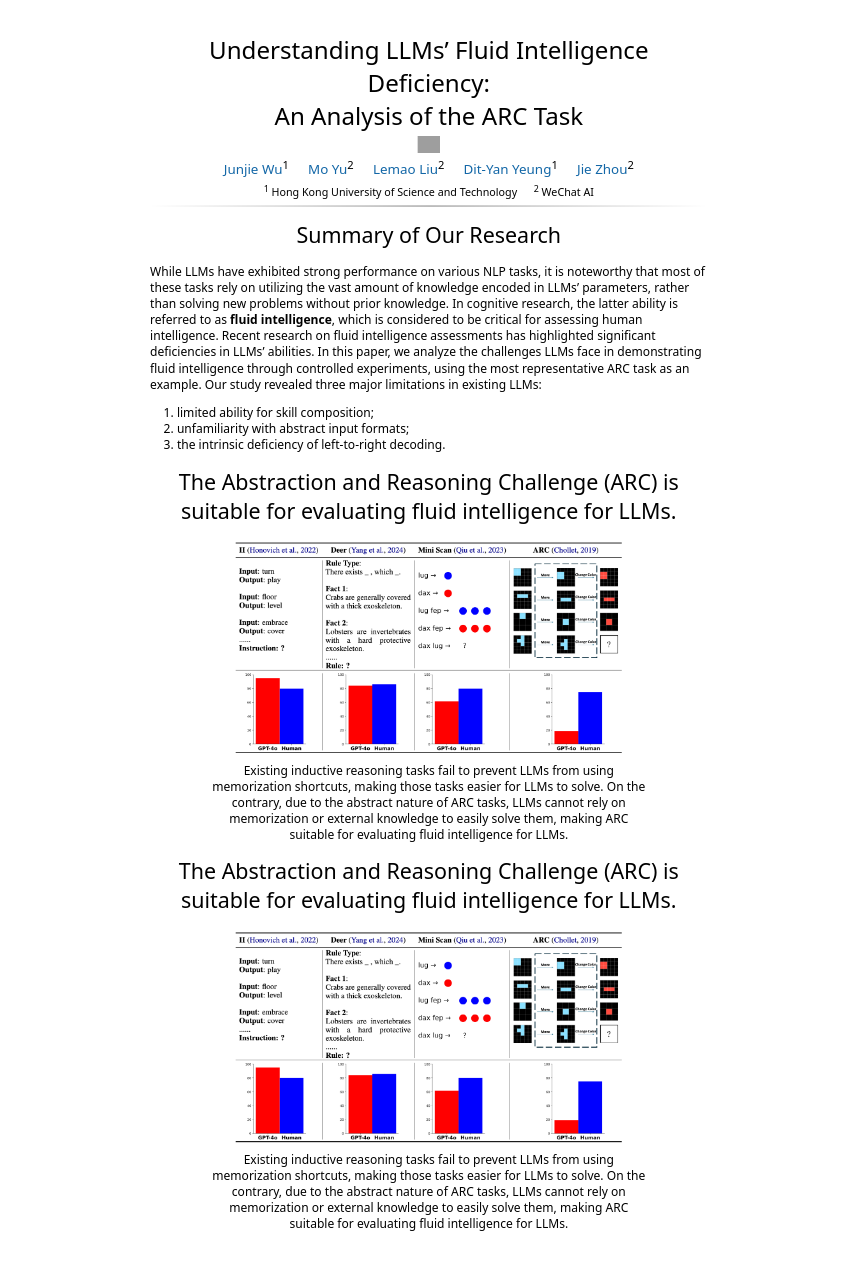
Repository: wujunjie1998/araoc-benchmark.github.io
Page: index.html
An editor plug-in stored every save of this project. The page is shown before and after the next save, followed by the edit.
The browser window is 1280 px wide. The pictures show the whole page, at 67% of full size.
Pictures or frames that could not be fetched are drawn as grey boxes.

Above is the page before, as saved 2025-02-07 22:15:10.

### index.html
<html>
  <head>
    <title>
      Understanding LLMs’ Fluid Intelligence Deficiency: An Analysis of the ARC Task
    </title>
    <link
      rel="icon"
      href="data:[embedded picture, 137 characters]"
    />
    <meta charset="UTF-8" />
    <meta name="viewport" content="width=device-width, initial-scale=1" />
    <link rel="stylesheet" href="./css/index.css" />
  </head>

  <body>
    <div class="header">
      <div class="paper-title">
        Understanding LLMs’ Fluid Intelligence Deficiency:
        <br />
        An Analysis of the ARC Task
      </div>
      <div>
        <!-- * Paper -->
        <span class="link-block">
          <a target="_blank" href="./paper.pdf"
            ><img
              class="badge"
              src="https://img.shields.io/badge/Paper-PDF-red?&labelColor=lightgray&logo=arxiv&logoColor=brown" /><img
          /></a>
        </span>
        <!-- * Dataset -->
        <!--
        <span class="link-block">
          <a
            target="_blank"
            href="https://huggingface.co/datasets/ShunchiZhang/PhysiCo/"
            ><img
              class="badge"
              src="https://img.shields.io/badge/HuggingFace-Dataset-yellow?labelColor=lightgray&logo=huggingface" /><img
          /></a>
        </span>
        -->

        <!-- * Code -->
         <!--
        <span class="link-block">
          <a target="_blank" href="https://github.com/physico-benchmark/physico"
            ><img
              class="badge"
              src="https://img.shields.io/badge/GitHub-Code-gray?labelColor=lightgray&logo=github&logoColor=gray" /><img /></a
        ></span>
        -->
        <!-- * Leaderboard -->
        <!--
        <span class="link-block">
          <a href="./leaderboard.html"
            ><img
              class="badge"
              src="https://img.shields.io/badge/Leaderboard-Visit-blue?labelColor=lightgray&logo=stackblitz&logoColor=367BAF" /><img /></a
        ></span>
        -->
        <!-- * X Threads -->
        <!--
        <span class="link-block">
          <a href="https://x.com/jieeijjie/status/1876713099752861782"
            ><img
              class="badge"
              src="https://img.shields.io/badge/Threads-black?labelColor=lightgray&logo=x&logoColor=gray" /><img /></a
        ></span>
        -->

      </div>
      <div>
        <div class="author-list">
          <span class="author-block"
            ><a href="https://wujunjie1998.github.io/">Junjie Wu</a
            ><sup>1</sup></span
          >
          <span class="author-block"
            ><a href="https://sites.google.com/site/moyunlp/">Mo Yu</a
            ><sup>2</sup></span
          >
          <span class="author-block"
            ><a href="https://lemaoliu.github.io">Lemao Liu</a
            ><sup>2</sup></span
          >
          <span class="author-block"
            ><a href="https://sites.google.com/view/dyyeung">Dit-Yan Yeung</a
            ><sup>1</sup></span
          >
          <span class="author-block"
            ><a href="https://openreview.net/profile?id=~Jie_Zhou8">Jie Zhou</a
            ><sup>2</sup></span
          >
        </div>
        <div class="inst-list">
          <span class="institution-block"><sup>1</sup> Hong Kong University of Science and Technology</span>
          <span class="institution-block"><sup>2</sup> WeChat AI</span>
        </div>
      </div>
    </div>
    <!--
    <div class="teaser">
      <center>
        <img src="./img/teaser.png" />
        <figcaption>
          Illustration of a "Stochastic Parrot 🦜" by our
          <span class="dataset-name">PhysiCo</span> task consisting of both
          <b style="color: #a47b48">low-level</b> and
          <b style="color: #153cf9">high-level</b> subtasks in parallel. For a
          concept <i>Gravity</i>, an LLM can generate its accurate description
          in natural language, but cannot interpret its grid-format
          illustration.
        </figcaption>
      </center>
    </div>
  -->
    <hr />

    <!-- ^ Summary of Our Research -->
    <center><h1>Summary of Our Research</h1></center>
    <div class="content">
      <!-- <p style="font-size: large; text-align: center">
        <b>TL;DR:</b>
      </p> -->
      <p>
        While LLMs have exhibited strong performance on various NLP tasks, it is noteworthy that most of these tasks rely on utilizing the vast amount of knowledge encoded in LLMs’ parameters, rather than solving new problems without prior knowledge. In cognitive research, the latter ability is referred to as <strong>fluid intelligence</strong>, which is considered to be critical for assessing human intelligence. Recent research on fluid intelligence assessments has highlighted significant deficiencies in LLMs’ abilities. In this paper, we analyze the challenges LLMs face in demonstrating fluid intelligence through controlled experiments, using the most representative ARC task as an example. Our study revealed three major limitations in existing LLMs:
      </p>
      <ol>
        <li>limited ability for skill composition;</li>
        <li>
          unfamiliarity with abstract input formats;
        </li>
        <li>
          the intrinsic deficiency of left-to-right decoding.
        </li>
      </ol>
    </div>

    <!-- ^ Physical Concepts Covered by `PhysiCo` -->
     <!--
    <center>
      <h1>
        Physical Concepts Covered by <span class="dataset-name">PhysiCo</span>
      </h1>
    </center>
    <div class="content narrower">
      <p>
        <strong>Core-Dev Set.</strong>&ensp;<span style="font-size: smaller">
          <span style="color: darkgray">acceleration</span>
          <span style="color: gray">buoyancy</span>
          <span style="color: darkgray">communicating vessels</span>
          <span style="color: gray">compression</span>
          <span style="color: darkgray">cut</span>
          <span style="color: gray">diffraction of waves</span>
          <span style="color: darkgray">diffuse reflection of light</span>
          <span style="color: gray">diffusion</span>
          <span style="color: darkgray">electricity</span>
          <span style="color: gray">expansion</span>
          <span style="color: darkgray">gravity</span>
          <span style="color: gray">inertia</span>
          <span style="color: darkgray">laser</span>
          <span style="color: gray">lever</span>
          <span style="color: darkgray">light imaging</span>
          <span style="color: gray">move</span>
          <span style="color: darkgray">nuclear fission</span>
          <span style="color: gray">nuclear fusion</span>
          <span style="color: darkgray">reference frame</span>
          <span style="color: gray">reflection</span>
          <span style="color: darkgray">refraction</span>
          <span style="color: gray">repulsive force</span>
          <span style="color: darkgray"
            >spectrum of light and optical filters</span
          >
          <span style="color: gray">surface tension</span>
          <span style="color: darkgray">vortex</span>
          <span style="color: gray">wave</span>
          <span style="color: darkgray">wave interference</span></span
        >
      </p>
      <p>
        <strong>Core-Test Set.</strong>&ensp;<span style="font-size: smaller">
          <span style="color: darkgray">Bernoulli effect</span>
          <span style="color: gray">Brownian motion</span>
          <span style="color: darkgray">atmospheric pressure</span>
          <span style="color: gray">doppler effect</span>
          <span style="color: darkgray">elastic force</span>
          <span style="color: gray">electromagnetic wave</span>
          <span style="color: darkgray">energy conservation</span>
          <span style="color: gray">fictitious force</span>
          <span style="color: darkgray">fluid pressure</span>
          <span style="color: gray">force composition</span>
          <span style="color: darkgray">friction</span>
          <span style="color: gray">heat conduction</span>
          <span style="color: darkgray">inclined plane</span>
          <span style="color: gray">lifting</span>
          <span style="color: darkgray">lighting</span>
          <span style="color: gray">melting</span>
          <span style="color: darkgray">oscillation</span>
          <span style="color: gray">photoelectric effect</span>
          <span style="color: darkgray">pulley</span>
          <span style="color: gray">relativity</span>
          <span style="color: darkgray">resonance</span>
          <span style="color: gray">siphon</span>
          <span style="color: darkgray">splashing</span>
          <span style="color: gray">thermal expansion and contraction</span>
          <span style="color: darkgray">vaporization</span></span
        >
      </p>
      <p>
        <strong>Associative-Test Set.</strong>&ensp;<span
          style="font-size: smaller"
        >
          <span style="color: darkgray">change of reference frame</span>
          <span style="color: gray">chemical bond</span>
          <span style="color: darkgray">compression</span>
          <span style="color: gray">diffusion</span>
          <span style="color: darkgray">expansion</span>
          <span style="color: gray">explosion</span>
          <span style="color: darkgray">gravity</span>
          <span style="color: gray">laser</span>
          <span style="color: darkgray">long exposure</span>
          <span style="color: gray">lumination</span>
          <span style="color: darkgray">magnet</span>
          <span style="color: gray">mirror</span>
          <span style="color: darkgray">move</span>
          <span style="color: gray">nuclear fission</span>
          <span style="color: darkgray">nuclear fusion</span>
          <span style="color: gray">optical filter</span>
          <span style="color: darkgray">polarization of light</span>
          <span style="color: gray">projection</span>
          <span style="color: darkgray">reflection</span>
          <span style="color: gray">rotation</span>
          <span style="color: darkgray">squeeze</span>
          <span style="color: gray">vacuum</span>
          <span style="color: darkgray">vortex</span>
          <span style="color: gray">water ripples</span>
          <span style="color: darkgray">wave</span>
          <span style="color: gray">wave interference</span>
          <span style="color: darkgray">wetting</span>
          <span style="color: gray">zoom in</span>
          <span style="color: darkgray">zoom out</span></span
        >
      </p>
    </div>
  -->
    <!-- ^ Our Studies and Findings -->
    <center><h1>The Abstraction and Reasoning Challenge (ARC) is suitable for evaluating fluid intelligence for LLMs.</h1></center>
    <div class="content">
      <!-- <p>Foo Bar</p> -->
      <center>
        <img src="./img/fluid1.png" width="70%" />
        <figcaption style="text-align: center">
          Existing inductive reasoning tasks fail to prevent LLMs from using memorization shortcuts, making those tasks easier for LLMs to solve. On the contrary, due to the abstract nature of ARC tasks, LLMs cannot rely on memorization or external knowledge to easily solve them, making ARC suitable for evaluating fluid intelligence for LLMs.
        </figcaption>
      </center>
    </div>


    <!-- ^ Our Studies and Findings -->
    <center><h1>The Abstraction and Reasoning Challenge (ARC) is suitable for evaluating fluid intelligence for LLMs.</h1></center>
    <div class="content">
      <!-- <p>Foo Bar</p> -->
      <center>
        <img src="./img/fluid1.png" width="70%" />
        <figcaption style="text-align: center">
          Existing inductive reasoning tasks fail to prevent LLMs from using memorization shortcuts, making those tasks easier for LLMs to solve. On the contrary, due to the abstract nature of ARC tasks, LLMs cannot rely on memorization or external knowledge to easily solve them, making ARC suitable for evaluating fluid intelligence for LLMs.
        </figcaption>
      </center>
    </div>
  </body>
</html>

### css/index.css
@import url("https://fonts.googleapis.com/css2?family=Noto+Sans:ital,wght@0,100..900;1,100..900&display=swap");

body {
  font-family: "Noto Sans", sans-serif;
  font-optical-sizing: auto;
  font-style: normal;
  font-variation-settings: "wdth" 100;
  font-weight: 400;
  font-size: 18px;
  margin: 50px auto;
  width: 65%;
}

div.header,
div.teaser,
div.content {
  margin-left: auto;
  margin-right: auto;
}

div.narrower {
  width: 80% !important;
}

div.header div {
  margin: 6px;
  text-align: center;
}

div.teaser img {
  max-width: 60%;
}

.paper-title {
  font-size: 36px;
}

.author-block {
  font-size: 20px;
  margin: 0px 12px;
}

.institution-block {
  font-size: 16px;
  margin: 0px 10px;
}

.note-block {
  color: gray;
  font-size: 16px;
}

.link-block {
  font-size: 24px;
  font-weight: bold;
  margin: 0px 5px;
}

.badge {
  width: auto;
  height: 2vw;
}

.dataset-name {
  font-weight: bold;
  color: #81a526;
}

h1 {
  font-size: 32px;
  font-weight: 300;
}

.disclaimerbox {
  background-color: #eee;
  border: 1px solid #eeeeee;
  border-radius: 10px;
  -moz-border-radius: 10px;
  -webkit-border-radius: 10px;
  padding: 20px;
}

video.header-vid {
  height: 140px;
  border: 1px solid black;
  border-radius: 10px;
  -moz-border-radius: 10px;
  -webkit-border-radius: 10px;
}

figcaption {
  margin: 10px 0px;
  width: 80%;
  text-align: left;
}

img.header-img {
  height: 140px;
  border: 1px solid black;
  border-radius: 10px;
  -moz-border-radius: 10px;
  -webkit-border-radius: 10px;
}

img.rounded {
  border: 1px solid #eeeeee;
  border-radius: 10px;
  -moz-border-radius: 10px;
  -webkit-border-radius: 10px;
}

a:link,
a:visited {
  color: #1367a7;
  text-decoration: none;
}
a:hover {
  color: #208799;
}

td.dl-link {
  height: 160px;
  text-align: center;
  font-size: 22px;
}

.vert-cent {
  position: relative;
  top: 50%;
  transform: translateY(-50%);
}

hr {
  border: 0;
  height: 1px;
  background-image: linear-gradient(
    to right,
    rgba(0, 0, 0, 0),
    rgba(0, 0, 0, 0.75),
    rgba(0, 0, 0, 0)
  );
}

.citation {
  text-align: left;
  font-family: monospace;
  font-size: 8pt;
  text-wrap: auto;
}

@media screen and (max-width: 1120px) {
  body {
    font-size: 16px;
    width: 90%;
  }
  div.teaser img {
    max-width: 100%;
  }
  .paper-title {
    font-size: 26px;
  }
  .author-block,
  .institution-block,
  .note-block {
    font-size: 14px;
  }
  .link-block {
    font-size: 20px;
  }
  .badge {
    width: auto;
    height: 28px;
    margin-top: 3px;
    margin-bottom: 3px;
  }
  h1 {
    font-size: 26px;
  }
}

After the next save:
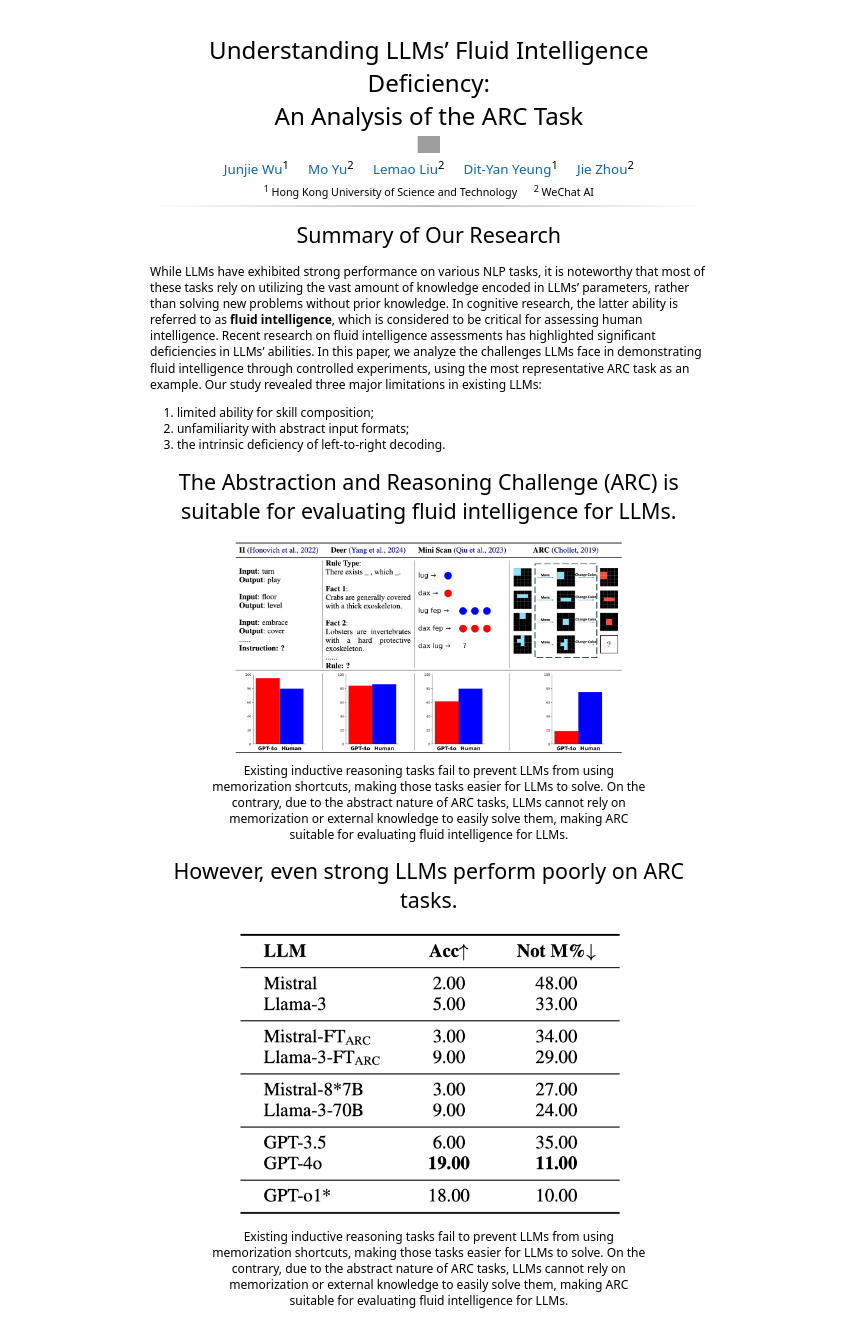
Saved 51 s later.
--- a/index.html
+++ b/index.html
@@ -258,11 +258,11 @@
 
 
     <!-- ^ Our Studies and Findings -->
-    <center><h1>The Abstraction and Reasoning Challenge (ARC) is suitable for evaluating fluid intelligence for LLMs.</h1></center>
+    <center><h1>However, even strong LLMs perform poorly on ARC tasks.</h1></center>
     <div class="content">
       <!-- <p>Foo Bar</p> -->
       <center>
-        <img src="./img/fluid1.png" width="70%" />
+        <img src="./img/fluid2.png" width="70%" />
         <figcaption style="text-align: center">
           Existing inductive reasoning tasks fail to prevent LLMs from using memorization shortcuts, making those tasks easier for LLMs to solve. On the contrary, due to the abstract nature of ARC tasks, LLMs cannot rely on memorization or external knowledge to easily solve them, making ARC suitable for evaluating fluid intelligence for LLMs.
         </figcaption>
